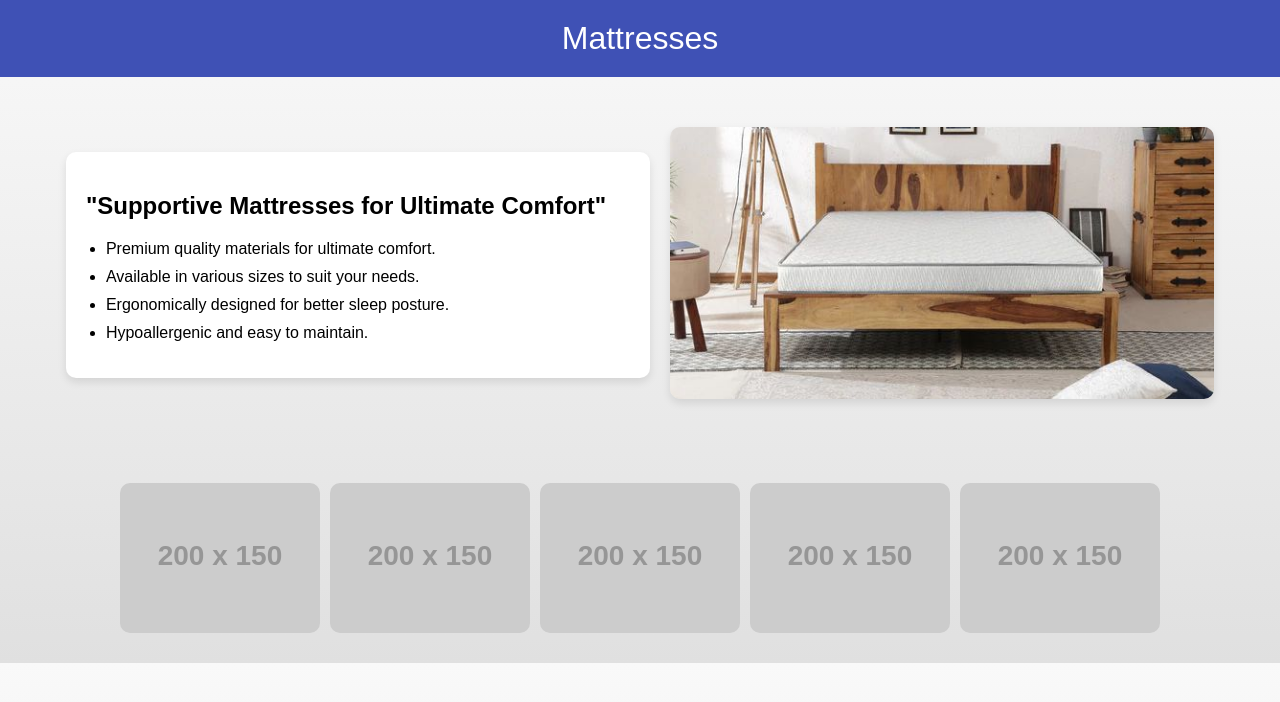
Repository: nadafgroup/rashidgadiUI
Page: src/sofa.html
These files come from the project's save history. The page is drawn as it stood at one moment and after the next save; the edit follows.
The browser window is 1280 px wide. The pictures show the whole page.

Above is the page before, as saved 2025-01-23 15:28:12.

After the next save:
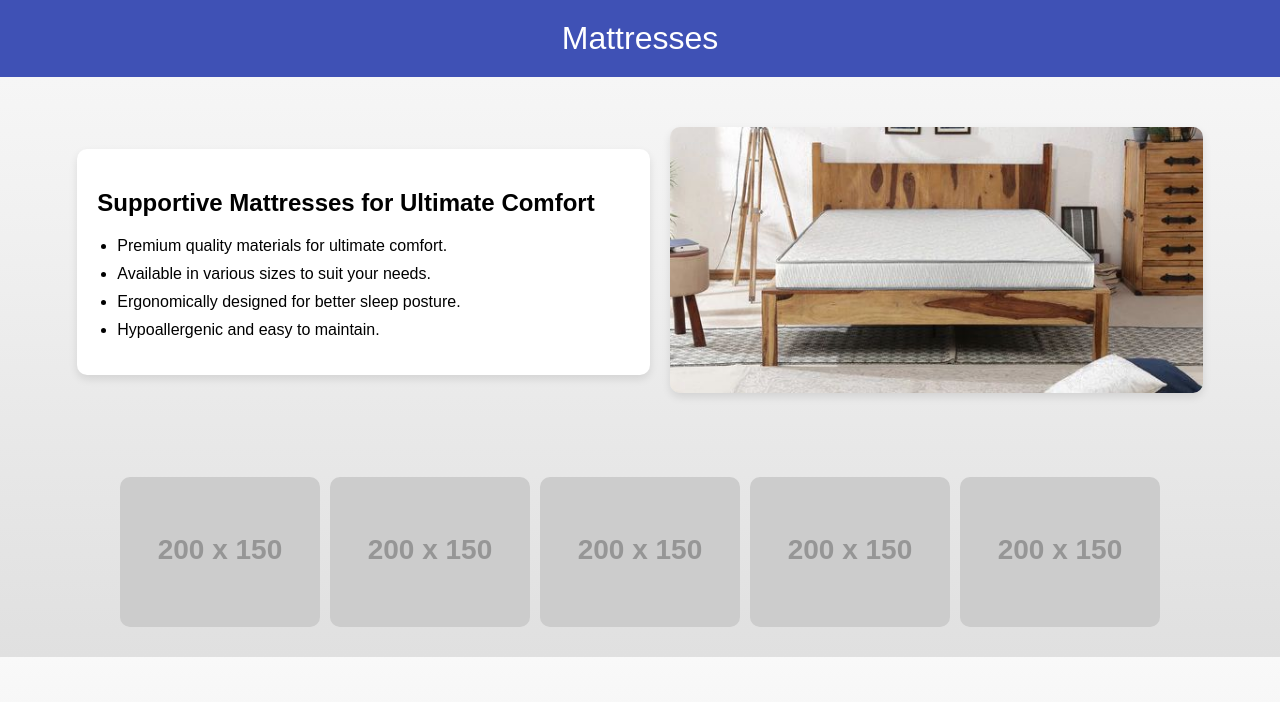
Saved 4 s later.
--- a/src/sofa.html
+++ b/src/sofa.html
@@ -11,7 +11,7 @@
 
     <div class="container">
         <div class="info">
-            <h2>"Supportive Mattresses for Ultimate Comfort"</h2>
+            <h2>Supportive Mattresses for Ultimate Comfort</h2>
             <ul>
                 <li>Premium quality materials for ultimate comfort.</li>
                 <li>Available in various sizes to suit your needs.</li>
